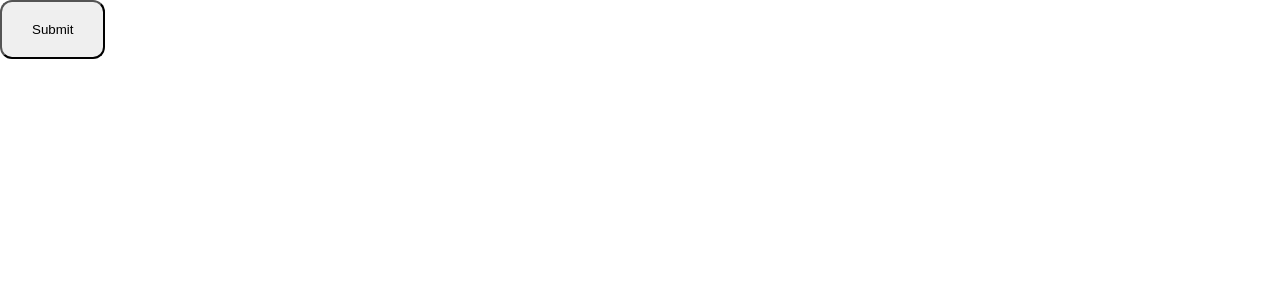
Repository: cakuang1/kanyequotes
Page: /
The author's editor kept a copy of each file at every save. The page is drawn from the files as they stood at one save, then again after the next save.
The browser window is 1280 px wide. The pictures show the whole page.
The page's requests for data from a server got no answer. The project was rebuilt for these pictures with package versions that can differ from the ones it lists, and the page was loaded fresh each time. No one was signed in, and anything a server would have sent is missing.

Above is the page before, as saved 2022-07-17 19:40:26.

After the next save:
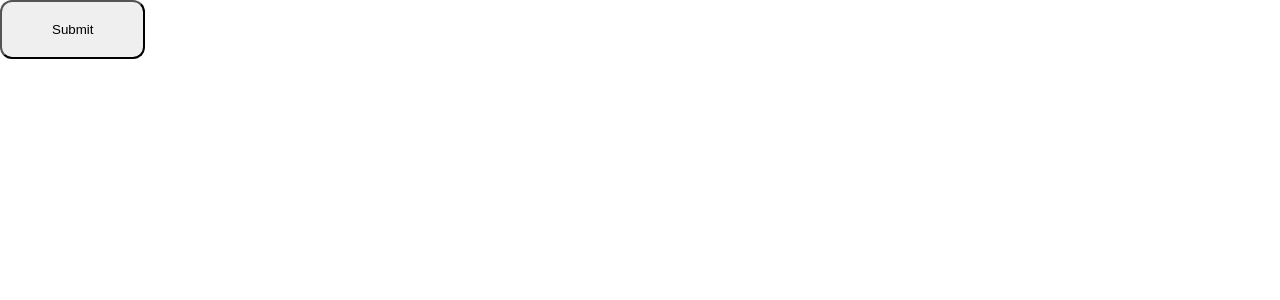
Saved 6 s later.
--- a/src/index.css
+++ b/src/index.css
@@ -15,7 +15,7 @@
 
 button {
     border-radius: 12px;
-    padding: 20px 30px;
+    padding: 20px 50px;
 
 
 
